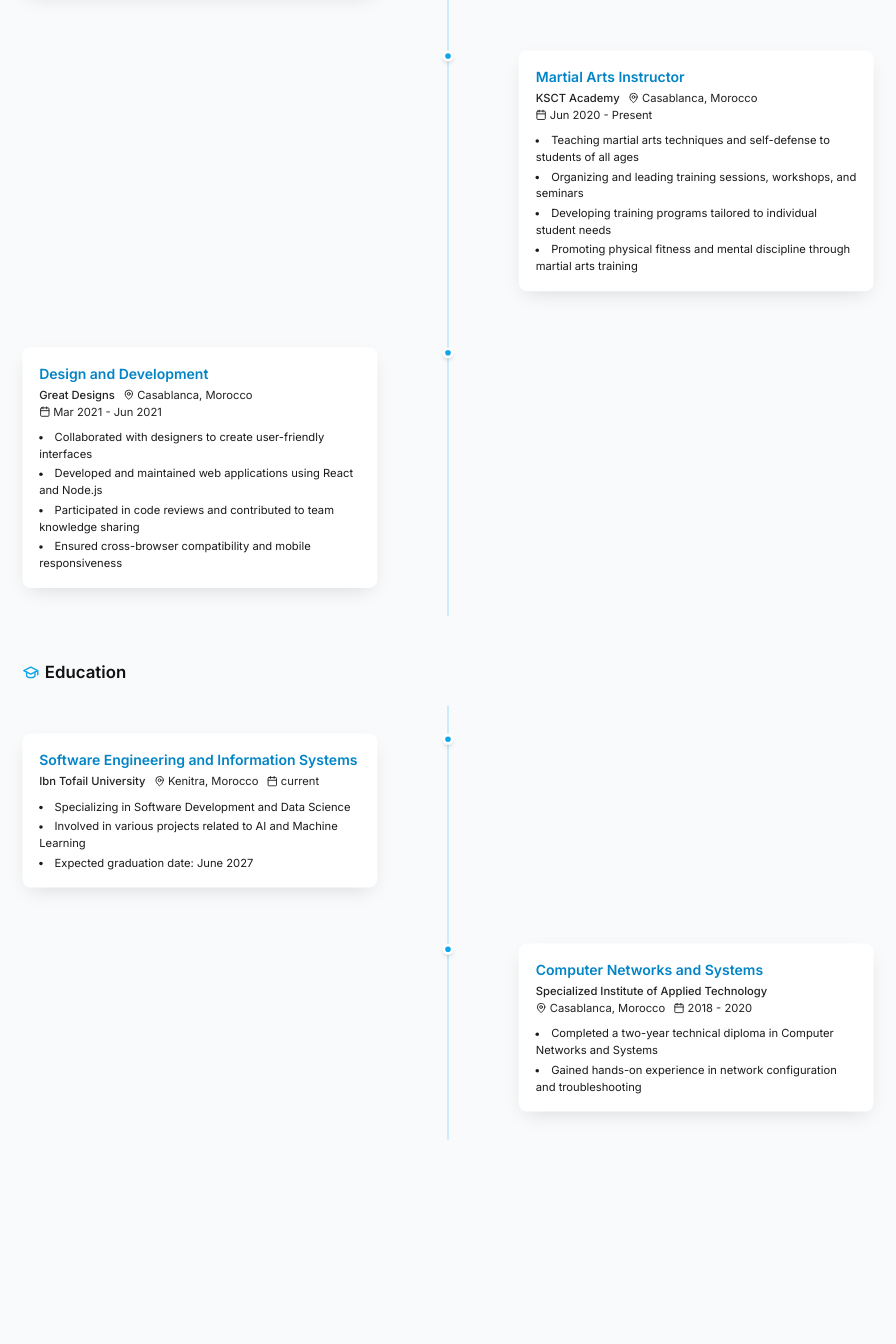
Repository: Abdelilah-Lakrim/Personal_Portfolio
Page: /
These files come from the project's save history. The page is drawn as it stood at one moment and after a run of saves; the edit follows.
The browser window is 1280 px wide. The pictures show the part of the page from y = 4580 to 6500 px (the page is 7901 px tall before and 7953 px after), at 70% of full size.
The project was rebuilt for these pictures with package versions that can differ from the ones it lists, and the page was loaded fresh each time. Also part of the build but not shown: vite.config.ts.

Above is the page before, as saved 2025-05-21 12:52:52.

### index.html
<!doctype html>
<html lang="en">
  <head>
    <meta charset="UTF-8" />
    <link rel="icon" type="image/svg+xml" href="/favicon.svg" />
    <meta name="viewport" content="width=device-width, initial-scale=1.0" />
    <meta name="description" content="Abdelilah Lakrim - Full Stack Developer Portfolio">
    <title>Abdelilah Lakrim | Full Stack Developer</title>
  </head>
  <body>
    <div id="root"></div>
    <script type="module" src="/src/main.tsx"></script>
  </body>
</html>

### src/App.tsx
import React, { useEffect, useState } from 'react';
import Header from './components/Header';
import Hero from './components/Hero';
import About from './components/About';
import Projects from './components/Projects';
import Experience from './components/Experience';
import Skills from './components/Skills';
import Contact from './components/Contact';
import Footer from './components/Footer';
import Cursor from './components/Cursor';
import ScrollToTop from './components/ScrollToTop';

// Import smooth scrolling
import Lenis from '@studio-freight/lenis';

function App() {
  const [mounted, setMounted] = useState(false);

  useEffect(() => {
    // Initialize smooth scrolling
    const lenis = new Lenis({
      duration: 1.2,
      easing: (t) => Math.min(1, 1.001 - Math.pow(2, -10 * t)),
      orientation: 'vertical',
      gestureOrientation: 'vertical',
      smoothWheel: true,
      smoothTouch: false,
      touchMultiplier: 2,
    });

    function raf(time: number) {
      lenis.raf(time);
      requestAnimationFrame(raf);
    }

    requestAnimationFrame(raf);

    // Add intersection observer for animation on scroll
    const observer = new IntersectionObserver(
      (entries) => {
        entries.forEach((entry) => {
          if (entry.isIntersecting) {
            entry.target.classList.add('animate-visible');
          }
        });
      },
      { threshold: 0.1 }
    );

    const hiddenElements = document.querySelectorAll('.animate-hidden');
    hiddenElements.forEach((el) => observer.observe(el));

    setMounted(true);

    return () => {
      // Cleanup
      hiddenElements.forEach((el) => observer.unobserve(el));
    };
  }, []);

  return (
    <div className="hidden-cursor min-h-screen bg-gray-50">
      {mounted && <Cursor />}
      <Header />
      <main>
        <Hero />
        <About />
        <Skills />
        <Projects />
        <Experience />
        <Contact />
      </main>
      <Footer />
      <ScrollToTop />
    </div>
  );
}

export default App;

### src/index.css
@import url('https://fonts.googleapis.com/css2?family=Inter:wght@300;400;500;600;700&family=Poppins:wght@500;600;700&display=swap');

@tailwind base;
@tailwind components;
@tailwind utilities;

:root {
  --cursor-color: rgba(14, 165, 233, 0.7);
}

* {
  margin: 0;
  padding: 0;
  box-sizing: border-box;
  scroll-behavior: smooth;
}

body {
  @apply bg-gray-50 text-dark-800 font-sans overflow-x-hidden;
}

/* Custom cursor styles */
.custom-cursor {
  position: fixed;
  width: 20px;
  height: 20px;
  border-radius: 50%;
  background-color: var(--cursor-color);
  transform: translate(-50%, -50%);
  pointer-events: none;
  z-index: 9999;
  mix-blend-mode: difference;
  transition: transform 0.2s ease-out, opacity 0.2s ease-out, width 0.2s ease-out, height 0.2s ease-out;
}

.custom-cursor.hover {
  width: 50px;
  height: 50px;
  opacity: 0.5;
}

.hidden-cursor {
  cursor: none;
}

/* Custom scrollbar */
::-webkit-scrollbar {
  width: 8px;
}

::-webkit-scrollbar-track {
  @apply bg-gray-100;
}

::-webkit-scrollbar-thumb {
  @apply bg-primary-500 rounded-full;
}

::-webkit-scrollbar-thumb:hover {
  @apply bg-primary-600;
}

/* Section styles */
.section-container {
  @apply max-w-7xl mx-auto px-4 sm:px-6 lg:px-8 py-20;
}

.section-title {
  @apply text-3xl md:text-4xl lg:text-5xl font-bold font-heading mb-8 text-dark-800 relative;
}

.section-title::after {
  content: '';
  @apply absolute bottom-0 left-0 w-24 h-1 bg-primary-500 mt-2 rounded-full;
}

/* Button styles */
.btn-primary {
  @apply px-6 py-3 bg-primary-500 text-white font-medium rounded-md shadow-md hover:bg-primary-600 transition-all duration-300 transform hover:-translate-y-1 focus:outline-none focus:ring-2 focus:ring-primary-400 focus:ring-opacity-50;
}

.btn-secondary {
  @apply px-6 py-3 bg-transparent border-2 border-primary-500 text-primary-500 font-medium rounded-md shadow-md hover:bg-primary-50 transition-all duration-300 transform hover:-translate-y-1 focus:outline-none focus:ring-2 focus:ring-primary-400 focus:ring-opacity-50;
}

/* 3D card effect */
.tilt-card {
  @apply relative overflow-hidden rounded-xl shadow-smooth bg-white p-6 transition-all duration-300 hover:shadow-neon;
  transform-style: preserve-3d;
  transform: perspective(1000px);
}

.skill-bar {
  @apply h-2 rounded-full bg-gray-200 overflow-hidden mt-2;
}

.skill-progress {
  @apply h-full bg-primary-500 rounded-full;
  transition: width 1.5s ease-in-out;
}

/* Animation classes */
.animate-hidden {
  opacity: 0;
  transform: translateY(30px);
}

.animate-visible {
  opacity: 1;
  transform: translateY(0);
  transition: opacity 0.8s ease, transform 0.8s ease;
}

/* Project card styles */
.project-card {
  @apply relative overflow-hidden rounded-xl shadow-smooth transition-all duration-300;
  transform-style: preserve-3d;
  transform: perspective(1000px);
}

.project-card img {
  @apply transition-all duration-500;
}

.project-card:hover img {
  @apply scale-105;
}

.project-card-content {
  @apply absolute inset-0 p-6 flex flex-col justify-end bg-gradient-to-t from-dark-900/80 to-transparent text-white opacity-0 transition-all duration-300;
}

.project-card:hover .project-card-content {
  @apply opacity-100;
}

/* Timeline styles */
.timeline-container {
  @apply relative;
}

.timeline-container::before {
  content: '';
  @apply absolute left-0 md:left-1/2 h-full w-0.5 bg-primary-200 transform md:-translate-x-1/2;
}

.timeline-item {
  @apply relative pt-10 pb-10;
}

.timeline-dot {
  @apply absolute left-0 md:left-1/2 w-4 h-4 rounded-full bg-primary-500 border-4 border-white shadow-md transform md:-translate-x-1/2 z-10;
}

.timeline-content {
  @apply ml-6 md:ml-0 md:w-5/12 p-6 bg-white rounded-xl shadow-smooth transition-all duration-300 hover:shadow-neon;
}

.timeline-item:nth-child(even) .timeline-content {
  @apply md:ml-auto md:mr-0;
}

.timeline-item:nth-child(odd) .timeline-content {
  @apply md:mr-auto md:ml-0;
}

### src/components/About.tsx
import React from 'react';
import { motion } from 'framer-motion';
import { Code, PaintBucket, Smartphone, Globe } from 'lucide-react';
import { Tilt } from 'react-tilt';

const tiltOptions = {
  max: 15,
  scale: 1.05,
  speed: 1000,
  glare: true,
  "max-glare": 0.1,
};

const About: React.FC = () => {
  const services = [
    {
      title: 'Web Development',
      icon: <Code className="w-10 h-10 text-primary-500" />,
      description:
        'Custom websites with clean code and modern frameworks. Specializing in React, Vue, and Node.js.',
    },
    {
      title: 'UI/UX Design',
      icon: <PaintBucket className="w-10 h-10 text-primary-500" />,
      description:
        'Creative designs that focus on user experience. Wireframing, prototyping, and implementing beautiful interfaces.',
    },
    {
      title: 'Mobile Development',
      icon: <Smartphone className="w-10 h-10 text-primary-500" />,
      description:
        'Native and cross-platform mobile apps for iOS and Android using React Native and Flutter.',
    },
    {
      title: 'E-Commerce Solutions',
      icon: <Globe className="w-10 h-10 text-primary-500" />,
      description:
        'Complete online shopping experiences from product catalogs to secure payment integrations.',
    },
  ];

  return (
    <section id="about" className="py-20">
      <div className="section-container">
        <motion.div
          initial={{ opacity: 0, y: 20 }}
          whileInView={{ opacity: 1, y: 0 }}
          viewport={{ once: true }}
          transition={{ duration: 0.8 }}
          className="animate-hidden"
        >
          <h2 className="section-title">About Me</h2>
          <div className="grid grid-cols-1 lg:grid-cols-2 gap-12 items-center">
            {/* About content */}
            <div>
              <p className="text-lg text-dark-700 mb-6">
                Hi there! I'm <span className="font-semibold text-primary-600">Abdelilah Lakrim</span>, a passionate Full Stack Developer based in Morocco with over 3 years of experience in creating beautiful, functional, and user-centered digital experiences.
              </p>
              <p className="text-lg text-dark-700 mb-6">
                With a strong foundation in both front-end and back-end technologies, I enjoy bringing ideas to life in the browser. My approach combines clean code, intuitive design, and performance optimization to deliver exceptional digital experiences.
              </p>
              <p className="text-lg text-dark-700 mb-8">
                When I'm not coding, you'll find me exploring new technologies, contributing to open-source projects, or enjoying nature. I'm always open to new challenges and opportunities to grow.
              </p>

              {/* Personal details */}
              <div className="grid grid-cols-1 md:grid-cols-2 gap-y-4 gap-x-8 mb-8">
                <div>
                  <h3 className="text-dark-800 font-semiboldi">Name:</h3>
                  <p>Abdelilah Lakrim</p>
                </div>
                <div>
                  <h3 className="text-dark-800 font-semibold">Email:</h3>
                  <p>lakrimabdelilah@gmail.com</p>
                </div>
                <div>
                  <h3 className="text-dark-800 font-semibold">Location:</h3>
                  <p>Casablanca, Morocco</p>
                </div>
                <div>
                  <h3 className="text-dark-800 font-semibold">Availability:</h3>
                  <p>Available for freelance</p>
                </div>
              </div>

              <a href="/abdelilah-lakrim-resume.pdf" className="btn-primary">
                Download Resume
              </a>
            </div>

            {/* Services */}
            <div className="grid grid-cols-1 sm:grid-cols-2 gap-4">
              {services.map((service, index) => (
                <Tilt key={index} options={tiltOptions}>
                  <div className="tilt-card h-full">
                    <div className="mb-4">{service.icon}</div>
                    <h3 className="text-xl font-semibold text-dark-800 mb-2">
                      {service.title}
                    </h3>
                    <p className="text-dark-600">{service.description}</p>
                  </div>
                </Tilt>
              ))}
            </div>
          </div>
        </motion.div>
      </div>
    </section>
  );
};

export default About;

### src/components/Experience.tsx
import React from 'react';
import { motion } from 'framer-motion';
import { Calendar, MapPin, Briefcase } from 'lucide-react';

interface ExperienceItem {
  id: number;
  position: string;
  company: string;
  location: string;
  duration: string;
  description: string[];
}

const Experience: React.FC = () => {
  const experiences: ExperienceItem[] = [
    {
      id: 1,
      position: 'Full Stack Web Developer',
      company: 'LeBahutdesEntrepreneurs.',
      location: 'Paris, France . Remote ',
      duration: 'apr 2025 - Present',
      description: [
        'Building and maintaining responsive web applications',
        'Implemented modern UI/UX designs using React, TypeScript, and Tailwind CSS',
        'Reduced page load time by 40% through code optimization and lazy loading techniques',
        'Integrated third-party APIs and services to extend application functionality',
      ],
    },
    {
      id: 2,
      position: 'Martial Arts Instructor',
      company: 'KSCT Academy',
      location: 'Casablanca, Morocco',
      duration: 'Jun 2020 - Present',
      description: [
        'Teaching martial arts techniques and self-defense to students of all ages',
        'Organizing and leading training sessions, workshops, and seminars',
        'Developing training programs tailored to individual student needs',
        'Promoting physical fitness and mental discipline through martial arts training',
      ],
    },
    {
      id: 3,
      position: 'Design and Development',
      company: 'Great Designs',
      location: 'Casablanca, Morocco',
      duration: 'Mar 2021 - Jun 2021',
      description: [
        'Collaborated with designers to create user-friendly interfaces',
        'Developed and maintained web applications using React and Node.js',
        'Participated in code reviews and contributed to team knowledge sharing',
        'Ensured cross-browser compatibility and mobile responsiveness',
      ],
    },

  ];

  const education = [
    {
      id: 1,
      degree: 'Software Engineering and Information Systems',
      institution: 'Ibn Tofail University',
      location: 'Kenitra, Morocco',
      duration: 'current',
      description: [
        'Specializing in Software Development and Data Science',
        'Involved in various projects related to AI and Machine Learning',
        'Expected graduation date: June 2027',
      ],
    },
    {
      id: 2,
      degree: 'Computer Networks and Systems',
      institution: 'Specialized Institute of Applied Technology',
      location: 'Casablanca, Morocco',
      duration: '2018 - 2020',
      description: [
        'Completed a two-year technical diploma in Computer Networks and Systems',
        'Gained hands-on experience in network configuration and troubleshooting',
      ],
    },
  ];

  return (
    <section id="experience" className="py-20 bg-gray-50">
      <div className="section-container">
        <h2 className="section-title">Experience & Education</h2>

        {/* Work Experience */}
        <div className="mb-16">
          <h3 className="text-2xl font-semibold text-dark-800 mb-8 flex items-center">
            <Briefcase className="w-6 h-6 mr-2 text-primary-500" />
            Work Experience
          </h3>

          <div className="timeline-container">
            {experiences.map((exp, index) => (
              <motion.div
                key={exp.id}
                className="timeline-item"
                initial={{ opacity: 0, y: 50 }}
                whileInView={{ opacity: 1, y: 0 }}
                viewport={{ once: true, margin: "-100px" }}
                transition={{ duration: 0.5, delay: index * 0.1 }}
              >
                <div className="timeline-dot"></div>
                <div className="timeline-content">
                  <h4 className="text-xl font-semibold text-primary-600">{exp.position}</h4>
                  <div className="flex flex-wrap items-center text-dark-600 mt-1 mb-3">
                    <span className="font-medium mr-3">{exp.company}</span>
                    <span className="flex items-center mr-3">
                      <MapPin className="w-4 h-4 mr-1" />
                      {exp.location}
                    </span>
                    <span className="flex items-center">
                      <Calendar className="w-4 h-4 mr-1" />
                      {exp.duration}
                    </span>
                  </div>
                  <ul className="list-disc list-inside text-dark-700 space-y-1">
                    {exp.description.map((item, i) => (
                      <li key={i}>{item}</li>
                    ))}
                  </ul>
                </div>
              </motion.div>
            ))}
          </div>
        </div>

        {/* Education */}
        <div>
          <h3 className="text-2xl font-semibold text-dark-800 mb-8 flex items-center">
            <svg
              xmlns="http://www.w3.org/2000/svg"
              className="w-6 h-6 mr-2 text-primary-500"
              viewBox="0 0 24 24"
              fill="none"
              stroke="currentColor"
              strokeWidth="2"
              strokeLinecap="round"
              strokeLinejoin="round"
            >
              <path d="M22 10v6M2 10l10-5 10 5-10 5z"/>
              <path d="M6 12v5c0 2 2 3 6 3s6-1 6-3v-5"/>
            </svg>
            Education
          </h3>

          <div className="timeline-container">
            {education.map((edu, index) => (
              <motion.div
                key={edu.id}
                className="timeline-item"
                initial={{ opacity: 0, y: 50 }}
                whileInView={{ opacity: 1, y: 0 }}
                viewport={{ once: true, margin: "-100px" }}
                transition={{ duration: 0.5, delay: index * 0.1 }}
              >
                <div className="timeline-dot"></div>
                <div className="timeline-content">
                  <h4 className="text-xl font-semibold text-primary-600">{edu.degree}</h4>
                  <div className="flex flex-wrap items-center text-dark-600 mt-1 mb-3">
                    <span className="font-medium mr-3">{edu.institution}</span>
                    <span className="flex items-center mr-3">
                      <MapPin className="w-4 h-4 mr-1" />
                      {edu.location}
                    </span>
                    <span className="flex items-center">
                      <Calendar className="w-4 h-4 mr-1" />
                      {edu.duration}
                    </span>
                  </div>
                  <ul className="list-disc list-inside text-dark-700 space-y-1">
                    {edu.description.map((item, i) => (
                      <li key={i}>{item}</li>
                    ))}
                  </ul>
                </div>
              </motion.div>
            ))}
          </div>
        </div>
      </div>
    </section>
  );
};

export default Experience;

### src/components/Cursor.tsx
import React, { useEffect, useState } from 'react';

const Cursor: React.FC = () => {
  const [position, setPosition] = useState({ x: 0, y: 0 });
  const [hidden, setHidden] = useState(false);
  const [clicked, setClicked] = useState(false);
  const [hovering, setHovering] = useState(false);

  useEffect(() => {
    const updatePosition = (e: MouseEvent) => {
      setPosition({ x: e.clientX, y: e.clientY });
    };

    const handleMouseEnter = () => setHidden(false);
    const handleMouseLeave = () => setHidden(true);
    const handleMouseDown = () => setClicked(true);
    const handleMouseUp = () => setClicked(false);

    const handleLinkHover = () => setHovering(true);
    const handleLinkLeave = () => setHovering(false);

    // Add event listeners
    window.addEventListener('mousemove', updatePosition);
    document.body.addEventListener('mouseenter', handleMouseEnter);
    document.body.addEventListener('mouseleave', handleMouseLeave);
    window.addEventListener('mousedown', handleMouseDown);
    window.addEventListener('mouseup', handleMouseUp);

    // Add hover effect for links and buttons
    const interactiveElements = document.querySelectorAll('a, button, .tilt-card, .project-card');
    interactiveElements.forEach(el => {
      el.addEventListener('mouseenter', handleLinkHover);
      el.addEventListener('mouseleave', handleLinkLeave);
    });

    return () => {
      window.removeEventListener('mousemove', updatePosition);
      document.body.removeEventListener('mouseenter', handleMouseEnter);
      document.body.removeEventListener('mouseleave', handleMouseLeave);
      window.removeEventListener('mousedown', handleMouseDown);
      window.removeEventListener('mouseup', handleMouseUp);

      interactiveElements.forEach(el => {
        el.removeEventListener('mouseenter', handleLinkHover);
        el.removeEventListener('mouseleave', handleLinkLeave);
      });
    };
  }, []);

  const cursorStyle = {
    left: `${position.x}px`,
    top: `${position.y}px`,
    transform: `translate(-50%, -50%) scale(${clicked ? 0.8 : 1})`,
    opacity: hidden ? 0 : 1,
  };

  const cursorClass = `custom-cursor ${hovering ? 'hover' : ''}`;

  return <div className={cursorClass} style={cursorStyle}></div>;
};

export default Cursor;

### src/components/ScrollToTop.tsx
import React, { useEffect, useState } from 'react';
import { ArrowUp } from 'lucide-react';

const ScrollToTop: React.FC = () => {
  const [isVisible, setIsVisible] = useState(false);

  useEffect(() => {
    const toggleVisibility = () => {
      if (window.scrollY > 500) {
        setIsVisible(true);
      } else {
        setIsVisible(false);
      }
    };

    window.addEventListener('scroll', toggleVisibility);

    return () => window.removeEventListener('scroll', toggleVisibility);
  }, []);

  const scrollToTop = () => {
    window.scrollTo({
      top: 0,
      behavior: 'smooth',
    });
  };

  return (
    <button
      onClick={scrollToTop}
      className={`fixed bottom-8 right-8 p-3 rounded-full bg-primary-500 text-white shadow-lg hover:bg-primary-600 transition-all duration-300 z-50 ${
        isVisible ? 'opacity-100 translate-y-0' : 'opacity-0 translate-y-10 pointer-events-none'
      }`}
      aria-label="Scroll to top"
    >
      <ArrowUp className="w-6 h-6" />
    </button>
  );
};

export default ScrollToTop;

Loaded but not shown: src/main.tsx (common file); tailwind.config.js (95 lines, source omitted); src/components/Projects.tsx (249 lines, source omitted); src/components/Contact.tsx (241 lines, source omitted); src/components/Hero.tsx (178 lines, source omitted); src/components/Footer.tsx (154 lines, source omitted); src/components/Skills.tsx (161 lines, source omitted); src/components/Header.tsx (145 lines, source omitted)

After the next 2 saves:
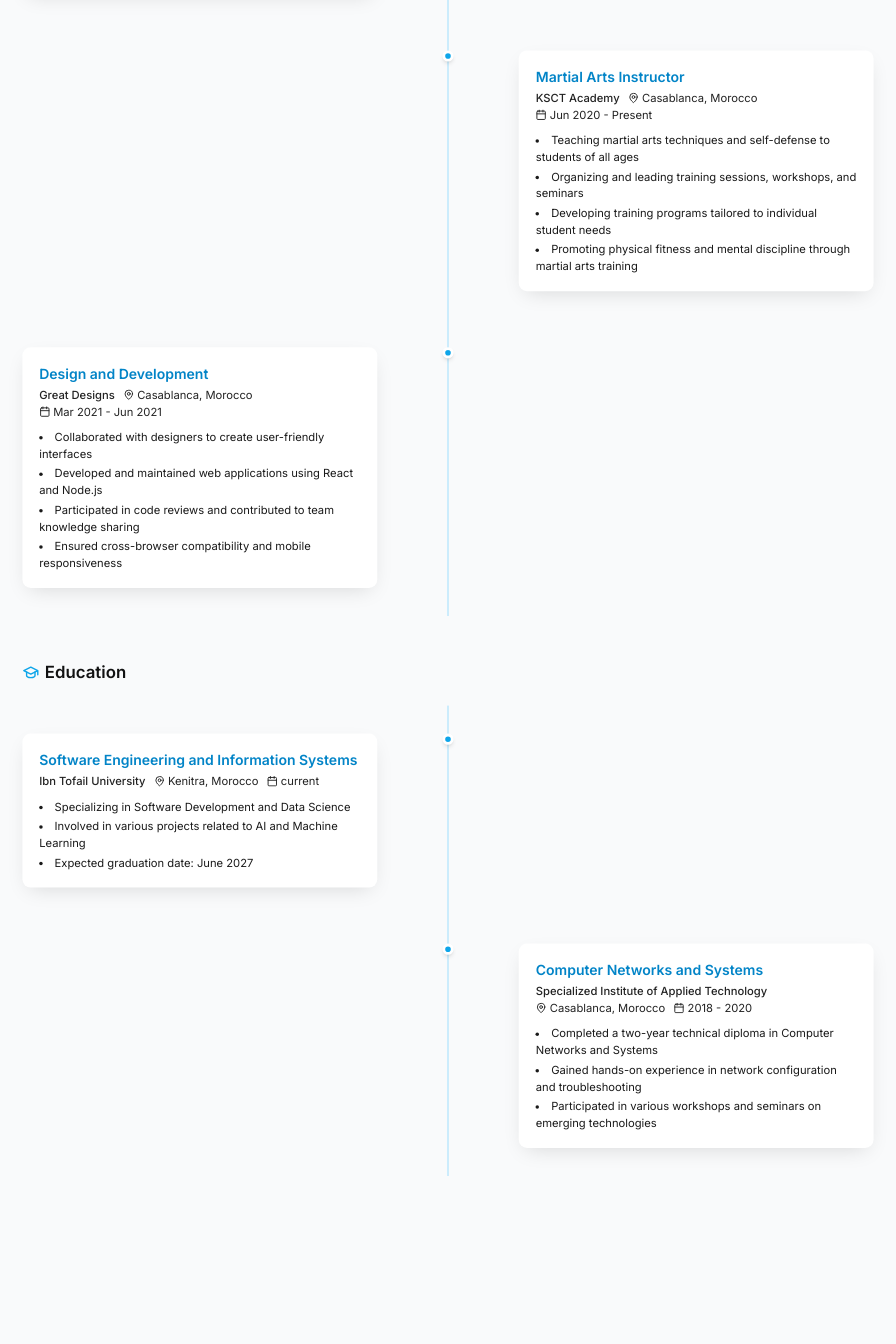
The 2 saves are shown as one change because they came seconds apart.
The last was saved 8 s later.
--- a/src/components/Experience.tsx
+++ b/src/components/Experience.tsx
@@ -77,6 +77,7 @@ const Experience: React.FC = () => {
       description: [
         'Completed a two-year technical diploma in Computer Networks and Systems',
         'Gained hands-on experience in network configuration and troubleshooting',
+        'Participated in various workshops and seminars on emerging technologies',
       ],
     },
   ];
